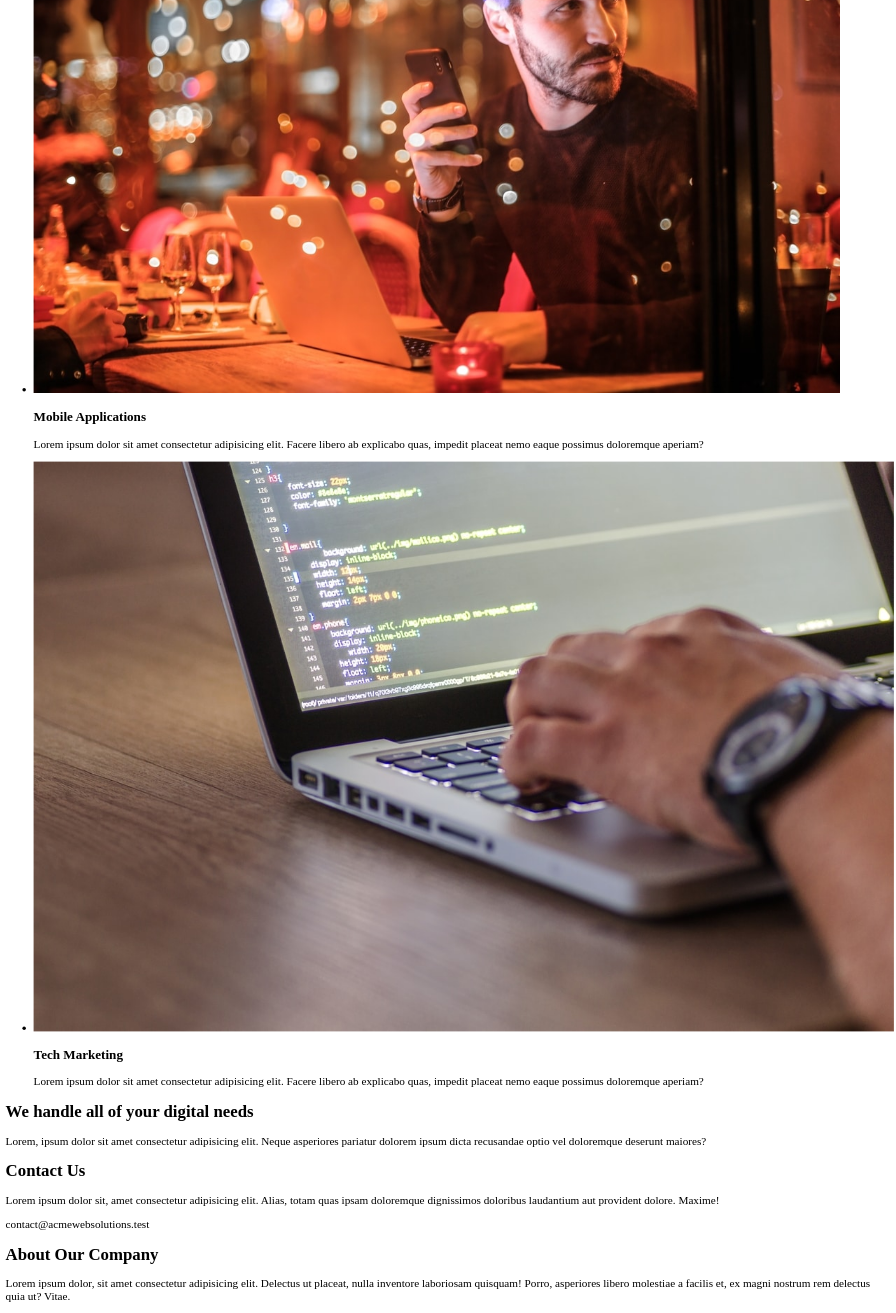
Repository: ErikBaer/MobileFirst
Page: index.html
These files come from the project's save history. The page is drawn as it stood at one moment and after the next save; the edit follows.
The browser window is 1280 px wide. The pictures show the part of the page from y = 1369 to 3289 px (the page is 3245 px tall before and 3289 px after), at 70% of full size.

Above is the page before, as saved 2020-02-15 02:34:07.

After the next save:
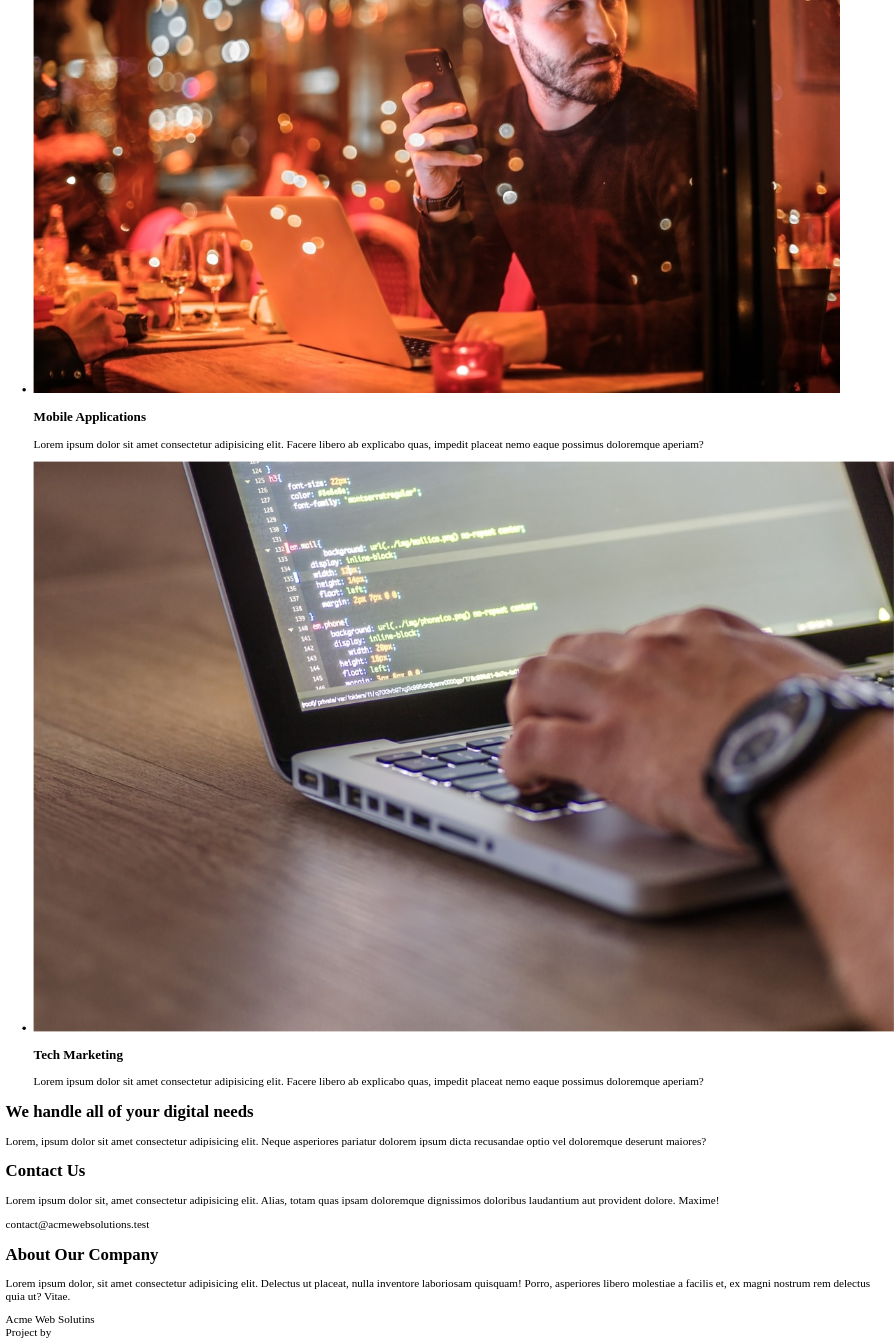
Saved 45 s later.
--- a/index.html
+++ b/index.html
@@ -111,7 +111,8 @@
 <!-- Footer -->
 
 <footer id="main-footer" class="grid">
-
+    <div>Acme Web Solutins</div>
+    <div>Project by <a href="www.baerdata.de"></a></div>
 </footer>
 
 </body>
